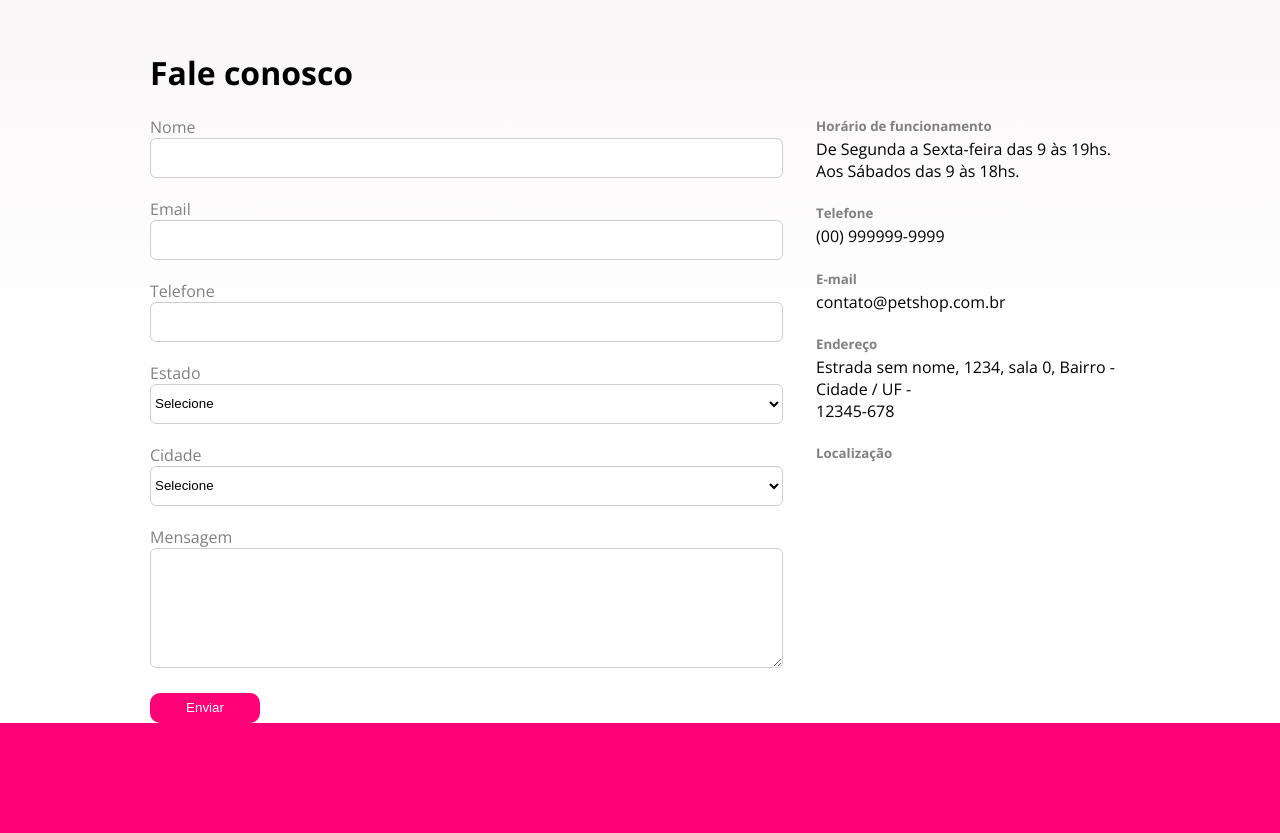
Repository: Carolden/ProhetoPetShop
Page: faleconosco.html
The author's editor kept a copy of each file at every save. The page is drawn from the files as they stood at one save, then again after the next save.
The browser window is 1280 px wide. The pictures show the part of the page from y = 270 to 1103 px (the page is 1784 px tall).
Pictures or frames that could not be fetched are drawn as grey boxes. A picture or video elsewhere on the page could not be fetched, so the positions and the page height are approximate.

Above is the page before, as saved 2023-05-02 13:45:01.

After the next save:
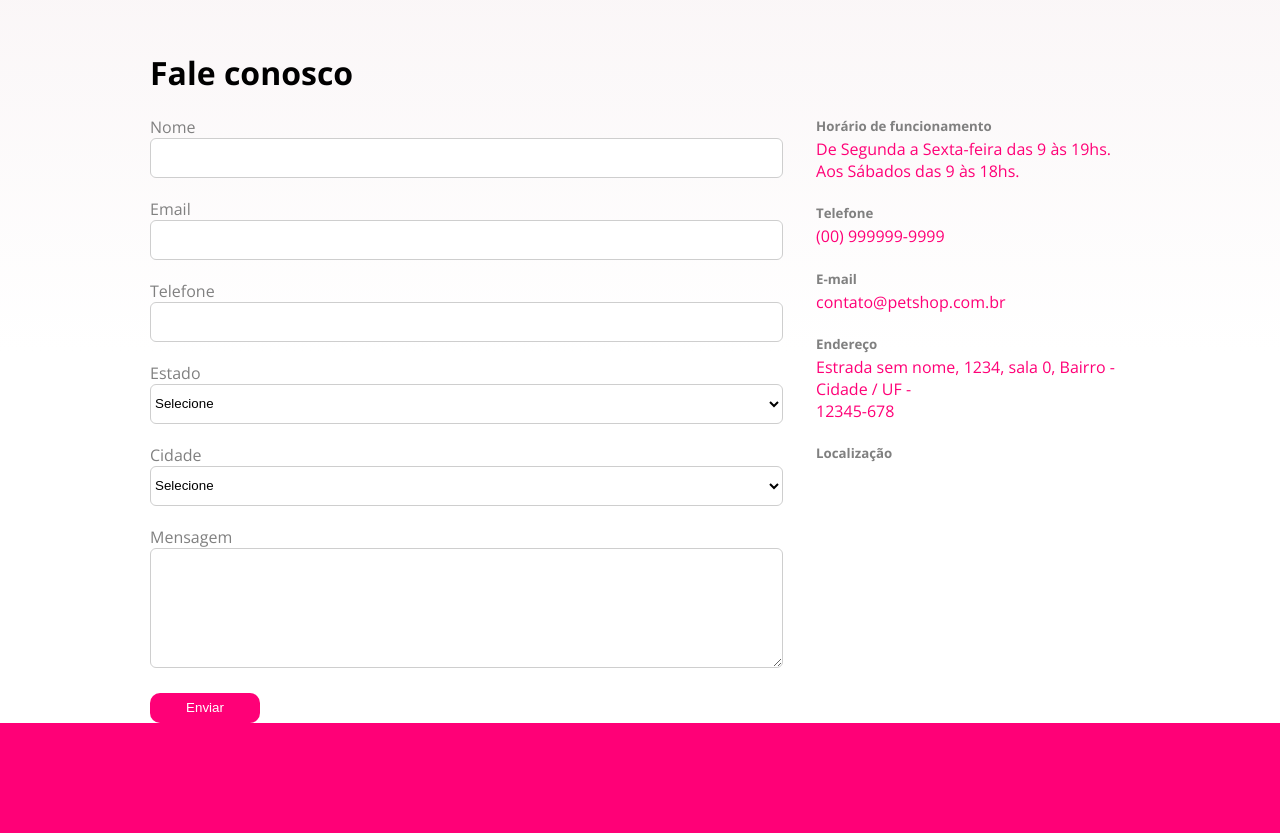
Saved 22 s later.
--- a/faleconosco.css
+++ b/faleconosco.css
@@ -125,6 +125,10 @@ label {
     width: 80%;
 }
 
+.column-contact p {
+    color: #FF0077;
+}
+
 
 
 
